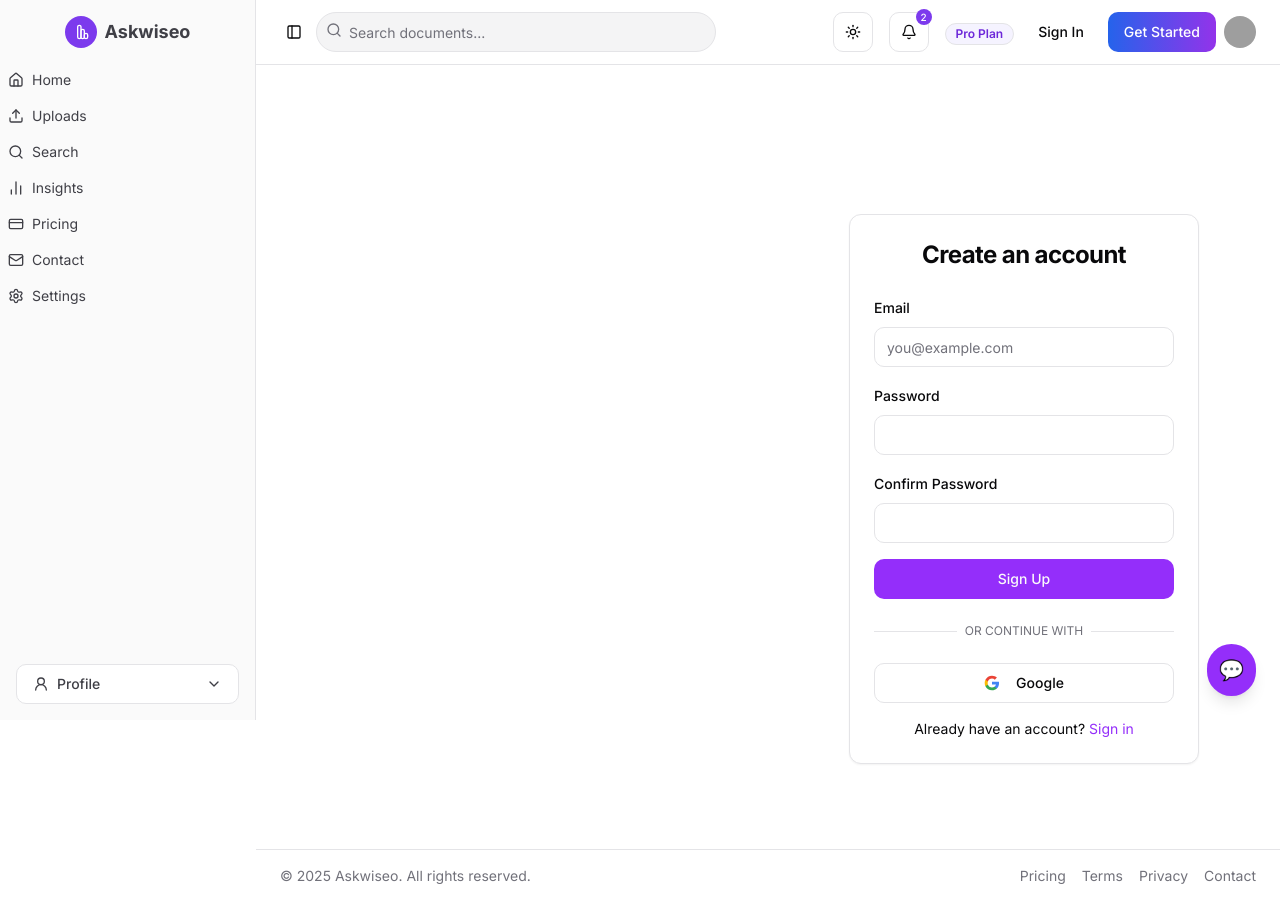
Repository: Arunkumar158/Askwiseo
Page: /signup
An editor plug-in stored every save of this project. The page is shown before and after the next save, followed by the edit.
The browser window is 1280 px wide. The pictures show the whole page.
Pictures or frames that could not be fetched are drawn as grey boxes. The project was rebuilt for these pictures with package versions that can differ from the ones it lists, and the page was loaded fresh each time. The framework's server and built-in components were replaced by stand-ins that run in the browser. Also part of the build but not shown: next.config.mjs, components/ui/separator.tsx, components/ui/sheet.tsx, components/ui/skeleton.tsx.

Above is the page before, as saved 2025-04-29 20:26:48.

After the next save:
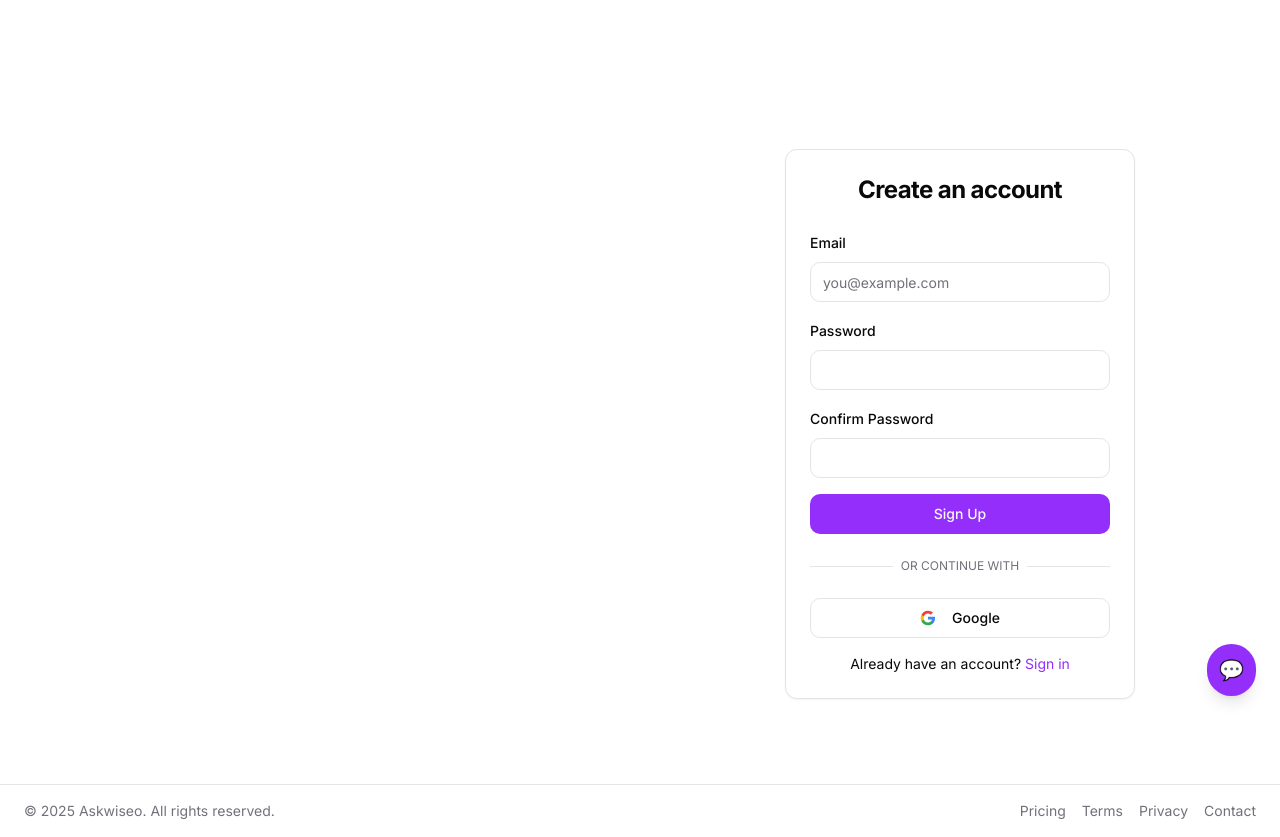
Saved 83 s later.
--- a/components/layout-content.tsx
+++ b/components/layout-content.tsx
@@ -11,7 +11,7 @@
 
 export function LayoutContent({ children }: LayoutContentProps) {
   const pathname = usePathname()
-  const isAuthPage = pathname === "/auth/signin" || pathname === "/auth/signup"
+  const isAuthPage = pathname === "/signin" || pathname === "/signup"
 
   return (
     <div className="flex min-h-screen">
